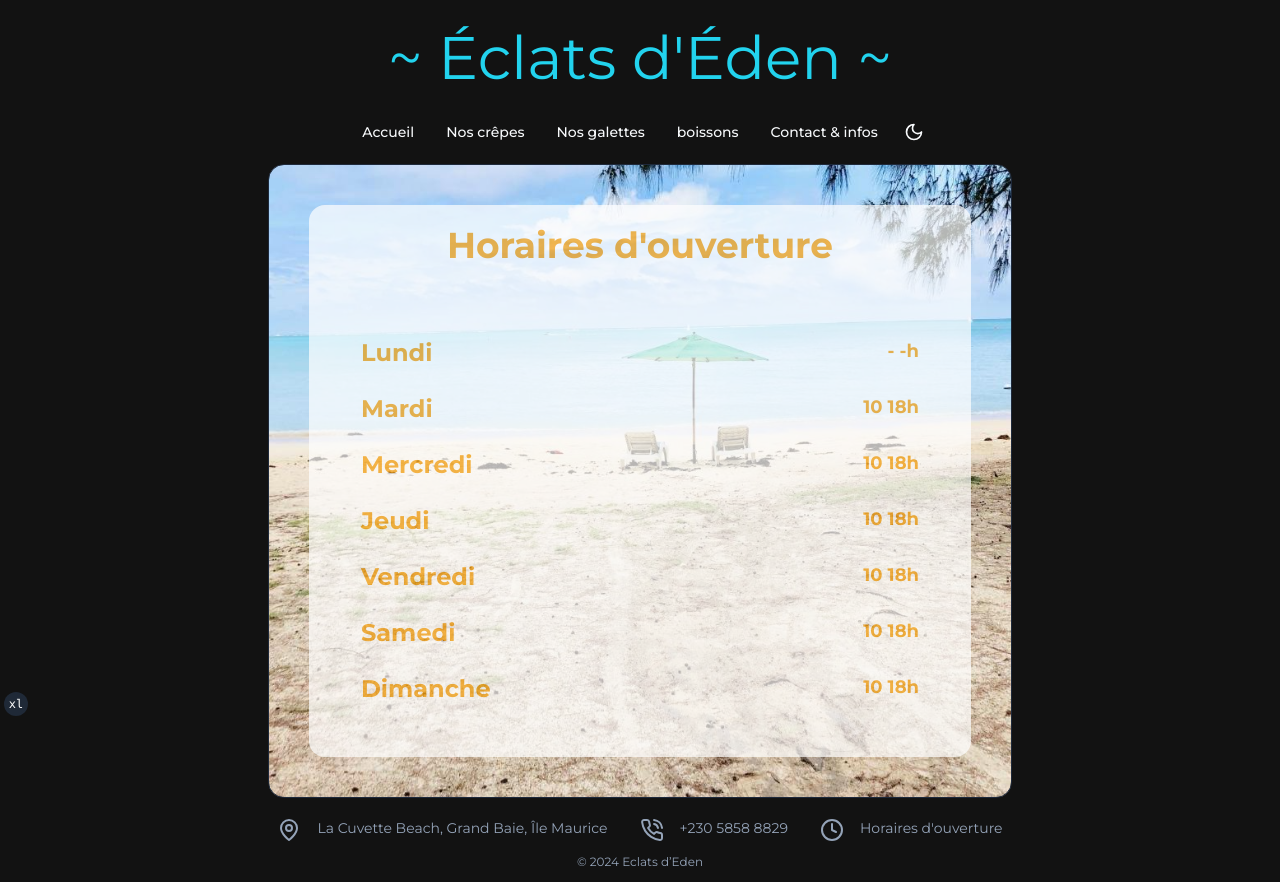
Repository: jeffMauritius/eclats-deden
Page: /schedule
The author's editor kept a copy of each file at every save. The page is drawn from the files as they stood at one save, then again after the next save.
The browser window is 1280 px wide. The pictures show the whole page.
The project was rebuilt for these pictures with package versions that can differ from the ones it lists, and the page was loaded fresh each time. The framework's server and built-in components were replaced by stand-ins that run in the browser. Also part of the build but not shown: next.config.mjs.

Above is the page before, as saved 2024-09-22 21:39:12.

### app/layout.tsx
// app/layout.
import { Header } from "@/components/layout/Header"
import { TailwindIndicator } from "@/components/TailwindIndicator"
import { SiteConfig } from "@/lib/config"
import { Montserrat } from "next/font/google"
import { cn } from "@/lib/utils"
import type { Metadata } from "next"
import { PropsWithChildren } from "react"
import { Providers } from "./Providers"
import "./globals.css"
import { Title } from "@/components/layout/Title"
import { Footer } from "@/components/layout/Footer"

const montserratFont = Montserrat({
  weight: ["300", "400", "500", "700"],
  subsets: ["latin"],
  display: "swap",
  fallback: ["Arial", "sans-serif"],
})

export const metadata: Metadata = {
  title: SiteConfig.title,
  description: SiteConfig.description,
}

export default function RootLayout({ children }: PropsWithChildren) {
  return (
    <html
      lang="en"
      className={`${montserratFont.className} h-full`}
      suppressHydrationWarning
    >
      <head />

      <body
        className={cn(`flex flex-col h-screen bg-background antialiased p-5`)}
      >
        <Providers>
          <div className="relative flex flex-col">
            <Title title="Éclats d'Éden" />
            <div>
              <Header />
            </div>
            {children}
            <div className="mt-5 md:col-span-3">
              <Footer />
            </div>
          </div>
          <TailwindIndicator />
        </Providers>
      </body>
    </html>
  )
}

### app/schedule/page.tsx
import NavigationMenuMobileComponent from "@/components/layout/NavigationMenuMobile"
import ScheduleComponent from "@/components/scheduleComponent"

const SchedulePage = () => {
  return (
    <div>
      <NavigationMenuMobileComponent />
      <div className="flex justify-center">
        <div className="m-auto  rounded-2xl border bg-[url('/plage3.jpg')] bg-cover md:w-3/5 ">
          <div className="m-10 h-full rounded-2xl  bg-white opacity-70 ">
            <h1 className="p-5 text-center font-display text-4xl font-bold text-amber-500">
              {"Horaires d'ouverture"}
            </h1>
            <ScheduleComponent />
          </div>
        </div>
      </div>
    </div>
  )
}

export default SchedulePage

### src/components/layout/Header.tsx
"use client"

import { ThemeToggle } from "../ThemeToggle"
import NavigationMenuComponent from "./NavigationMenu"

export function Header() {
  return (
    <header className=" z-30 w-full">
      <div className=" container flex  flex-col  items-center space-x-4 pt-3 sm:justify-between sm:space-x-0">
        <div className="flex flex-auto justify-center py-3">
          <NavigationMenuComponent />
          <ThemeToggle />
        </div>
      </div>
    </header>
  )
}

### src/lib/config.ts
export const SiteConfig = {
  title: "Camille snack",
  description: "La Cuvette Beach, Grand Baie, Île Maurice",
} as const

### app/Providers.tsx
"use client"

import { SessionProvider } from "next-auth/react"
import { ThemeProvider } from "next-themes"
import { PropsWithChildren } from "react"
import { Toaster } from "react-hot-toast"

export const Providers = ({ children }: PropsWithChildren) => {
  return (
    <>
      <ThemeProvider attribute="class" defaultTheme="dark" enableSystem>
        <Toaster />
        <SessionProvider>{children}</SessionProvider>
      </ThemeProvider>
    </>
  )
}

### app/globals.css

@tailwind base;
  @tailwind components;
  @tailwind utilities;

  @layer base {
    :root {
      --background: 0 0% 100%;
      --foreground: 222.2 84% 4.9%;

      --card: 0 0% 100%;
      --card-foreground: 222.2 84% 4.9%;

      --popover: 0 0% 100%;
      --popover-foreground: 222.2 84% 4.9%;

      --primary: 222.2 47.4% 11.2%;
      --primary-foreground: 210 40% 98%;

      --secondary: 210 40% 96.1%;
      --secondary-foreground: 222.2 47.4% 11.2%;

      --muted: 210 40% 96.1%;
      --muted-foreground: 215.4 16.3% 46.9%;

      --accent: 210 40% 96.1%;
      --accent-foreground: 222.2 47.4% 11.2%;

      --destructive: 0 84.2% 60.2%;
      --destructive-foreground: 210 40% 98%;

      --border: 214.3 31.8% 91.4%;
      --input: 214.3 31.8% 91.4%;
      --ring: 222.2 84% 4.9%;

      --radius: 0.5rem;
    }

    .dark {
      --background: rgb(10, 11, 10);
      --foreground: 210 40% 98%;

      --card: rgb(10, 11, 10);
      --card-foreground: 210 40% 98%;

      --popover: 222.2 84% 4.9%;
      --popover-foreground: 210 40% 98%;

      --primary: 210 40% 98%;
      --primary-foreground: 222.2 47.4% 11.2%;

      --secondary: 217.2 32.6% 17.5%;
      --secondary-foreground: 210 40% 98%;

      --muted: 217.2 32.6% 17.5%;
      --muted-foreground: 215 20.2% 65.1%;

      --accent: 217.2 32.6% 17.5%;
      --accent-foreground: 210 40% 98%;

      --destructive: 0 62.8% 30.6%;
      --destructive-foreground: 210 40% 98%;

      --border: 217.2 32.6% 17.5%;
      --input: 217.2 32.6% 17.5%;
      --ring: 212.7 26.8% 83.9%;
    }
  }

  @layer base {
    * {
      @apply border-border;
    }
    body {
      @apply bg-background text-foreground;
    }
  }

### src/components/layout/Title.tsx
interface TitleProps {
  title: string
}

export function Title({ title }: TitleProps) {
  return (
    <div className="flex flex-auto justify-center ">
      <h1 className={`pt-2  text-4xl  text-cyan-400 md:text-6xl`}>
        {" "}
        {`~ ${title} ~`}
      </h1>
    </div>
  )
}

### src/components/layout/Footer.tsx
import Link from "next/link"
import { Typography } from "../ui/typography"
import { MapPin } from "lucide-react"
import { PhoneCall } from "lucide-react"
import { Clock } from "lucide-react"

export const Footer = () => {
  return (
    <footer className="w-6/8 z-40 border-card bg-background">
      <div className="m-auto w-full max-w-4xl px-2 ">
        <div className="flex w-full items-center justify-center">
          <div className="flex gap-8 text-sm text-muted-foreground">
            <Link className="flex hover:underline md:gap-4" href="/location">
              <MapPin />
              <p className="hidden md:block">
                La Cuvette Beach, Grand Baie, Île Maurice
              </p>
            </Link>
            <Link className="flex hover:underline md:gap-4" href="/legal/cgv">
              <PhoneCall />
              <p className="hidden md:block">+230 5858 8829</p>
            </Link>
            <Link className="flex hover:underline md:gap-4" href="/schedule">
              <Clock />
              <p className="hidden md:block">{`Horaires d'ouverture`}</p>
            </Link>
          </div>
        </div>
        <div className="flex w-full items-center justify-center py-3">
          <Typography variant="base" className="text-xs text-muted-foreground">
            &copy; {new Date().getFullYear()} Eclats d&rsquo;Eden
          </Typography>
        </div>
      </div>
    </footer>
  )
}

### src/components/layout/NavigationMenuMobile.tsx
"use client"

import {
  NavigationMenu,
  NavigationMenuLink,
  navigationMenuTriggerStyle,
} from "@/components/ui/navigation-menu"
import { navigationDataMobile } from "./navigationData"
import { useClientMediaQuery } from "@/lib/isMobileDevice"

const NavigationMenuMobileComponent = () => {
  const isMobile = useClientMediaQuery("(max-width: 600px)")
  return (
    <NavigationMenu>
      {isMobile &&
        navigationDataMobile.map((item, index) => (
          <NavigationMenuLink
            className={navigationMenuTriggerStyle()}
            key={index}
            href={item.link}
          >
            {item.title}
          </NavigationMenuLink>
        ))}
    </NavigationMenu>
  )
}

export default NavigationMenuMobileComponent

### src/components/scheduleComponent.tsx
import { ScheduleData } from "./data"

type Schedule = {
  id: number
  day: string
  start: string
  end: string
}

const ScheduleComponent = () => {
  return (
    <div>
      <div className="rounded p-5  font-extrabold text-amber-500 md:p-10">
        {ScheduleData.map((schedule: Schedule) => (
          <div
            key={schedule.id}
            className="font-display flex justify-between  p-3 text-2xl"
          >
            <div>{schedule.day}</div>
            <div className="font-body text-lg">
              {schedule.start} {schedule.end}h
            </div>
          </div>
        ))}
      </div>
    </div>
  )
}

export default ScheduleComponent

### src/components/ThemeToggle.tsx
"use client"

import { Button } from "@/components/ui/button"
import { Moon, Sun } from "lucide-react"
import { useTheme } from "next-themes"

export function ThemeToggle() {
  const { setTheme, theme } = useTheme()

  return (
    <Button
      variant="ghost"
      size="icon"
      onClick={() => setTheme(theme === "light" ? "dark" : "light")}
    >
      <Sun className="h-6 w-[1.3rem] dark:hidden" />
      <Moon className="hidden size-5 dark:block" />
      <span className="sr-only">Toggle theme</span>
    </Button>
  )
}

### src/components/layout/NavigationMenu.tsx
"use client"

import {
  NavigationMenu,
  NavigationMenuLink,
  navigationMenuTriggerStyle,
} from "@/components/ui/navigation-menu"
import { navigationData } from "./navigationData"
import { useClientMediaQuery } from "@/lib/isMobileDevice"

const NavigationMenuComponent = () => {
  const isMobile = useClientMediaQuery("(max-width: 600px)")
  return (
    <NavigationMenu>
      {!isMobile &&
        navigationData.map((item, index) => (
          <NavigationMenuLink
            className={navigationMenuTriggerStyle()}
            key={index}
            href={item.link}
          >
            {item.title}
          </NavigationMenuLink>
        ))}
    </NavigationMenu>
  )
}

export default NavigationMenuComponent

### src/components/ui/typography.tsx
// src/components/ui/Typography.
import { VariantProps, cva } from "class-variance-authority"
import type {
  ComponentPropsWithoutRef,
  ElementType,
  PropsWithChildren,
} from "react"
import { cn } from "../../lib/utils"

type PolymorphicAsProp<E extends ElementType> = {
  as?:
    | E
    | React.ComponentType<Omit<ComponentPropsWithoutRef<E>, "as">>
    | React.FunctionComponent<Omit<ComponentPropsWithoutRef<E>, "as">>
}

type PolymorphicProps<E extends ElementType> = PropsWithChildren<
  Omit<ComponentPropsWithoutRef<E>, "as"> & PolymorphicAsProp<E>
>

const typographyVariants = cva("", {
  variants: {
    variant: {
      h1: "font-caption scroll-m-20 text-4xl font-extrabold tracking-tight lg:text-5xl",
      h2: "font-caption scroll-m-20 border-b pb-2 text-3xl font-semibold tracking-tight transition-colors first:mt-0",
      h3: "font-caption scroll-m-20 text-xl font-semibold tracking-tight",
      p: "leading-7 [&:not(:first-child)]:mt-6",
      base: "",
      quote: "mt-6 border-l-2 pl-6 italic",
      code: "relative rounded bg-muted px-[0.3rem] py-[0.2rem] font-mono text-sm font-semibold",
      lead: "text-xl text-muted-foreground",
      large: "text-lg font-semibold",
      small: "text-sm font-medium leading-none",
      muted: "text-sm text-muted-foreground",
      link: "font-medium text-indigo-500 hover:underline",
    },
  },
  defaultVariants: {
    variant: "base",
  },
})
type TypographyCvaProps = VariantProps<typeof typographyVariants>

const defaultElement = "p"

const defaultElementMapping: Record<
  NonNullable<TypographyCvaProps["variant"]>,
  ElementType
> = {
  h1: "h1",
  h2: "h2",
  h3: "h3",
  p: "p",
  quote: "blockquote" as "p",
  code: "code",
  lead: "p",
  large: "p",
  small: "p",
  muted: "p",
  link: "a",
  base: "p",
} as const

const getDefaultElement = (variant: TypographyCvaProps["variant"]) => {}

export function Typography<E extends ElementType = typeof defaultElement>({
  as,
  children,
  className,
  variant,
  ...restProps
}: PolymorphicProps<E> & TypographyCvaProps) {
  const Component: ElementType =
    as ?? defaultElementMapping[variant ?? "base"] ?? defaultElement

  return (
    <Component
      {...(restProps as ComponentPropsWithoutRef<E>)}
      className={cn(typographyVariants({ variant }), className)}
    >
      {children}
    </Component>
  )
}

### src/components/ui/navigation-menu.tsx
import * as React from "react"
import * as NavigationMenuPrimitive from "@radix-ui/react-navigation-menu"
import { cva } from "class-variance-authority"
import { ChevronDown } from "lucide-react"

import { cn } from "@/lib/utils"

const NavigationMenu = React.forwardRef<
  React.ElementRef<typeof NavigationMenuPrimitive.Root>,
  React.ComponentPropsWithoutRef<typeof NavigationMenuPrimitive.Root>
>(({ className, children, ...props }, ref) => (
  <NavigationMenuPrimitive.Root
    ref={ref}
    className={cn(
      "relative z-10 flex max-w-max flex-1 items-center justify-center",
      className,
    )}
    {...props}
  >
    {children}
    <NavigationMenuViewport />
  </NavigationMenuPrimitive.Root>
))
NavigationMenu.displayName = NavigationMenuPrimitive.Root.displayName

const NavigationMenuList = React.forwardRef<
  React.ElementRef<typeof NavigationMenuPrimitive.List>,
  React.ComponentPropsWithoutRef<typeof NavigationMenuPrimitive.List>
>(({ className, ...props }, ref) => (
  <NavigationMenuPrimitive.List
    ref={ref}
    className={cn(
      "group flex flex-1 list-none items-center justify-center space-x-1",
      className,
    )}
    {...props}
  />
))
NavigationMenuList.displayName = NavigationMenuPrimitive.List.displayName

const NavigationMenuItem = NavigationMenuPrimitive.Item

const navigationMenuTriggerStyle = cva(
  "group inline-flex h-10 w-max items-center justify-center rounded-md bg-background px-4 py-2 text-sm font-medium transition-colors hover:bg-accent hover:text-accent-foreground focus:bg-accent focus:text-accent-foreground focus:outline-none disabled:pointer-events-none disabled:opacity-50 data-[active]:bg-accent/50 data-[state=open]:bg-accent/50",
)

const NavigationMenuTrigger = React.forwardRef<
  React.ElementRef<typeof NavigationMenuPrimitive.Trigger>,
  React.ComponentPropsWithoutRef<typeof NavigationMenuPrimitive.Trigger>
>(({ className, children, ...props }, ref) => (
  <NavigationMenuPrimitive.Trigger
    ref={ref}
    className={cn(navigationMenuTriggerStyle(), "group", className)}
    {...props}
  >
    {children}{" "}
    <ChevronDown
      className="relative top-px ml-1 size-3 transition duration-200 group-data-[state=open]:rotate-180"
      aria-hidden="true"
    />
  </NavigationMenuPrimitive.Trigger>
))
NavigationMenuTrigger.displayName = NavigationMenuPrimitive.Trigger.displayName

const NavigationMenuContent = React.forwardRef<
  React.ElementRef<typeof NavigationMenuPrimitive.Content>,
  React.ComponentPropsWithoutRef<typeof NavigationMenuPrimitive.Content>
>(({ className, ...props }, ref) => (
  <NavigationMenuPrimitive.Content
    ref={ref}
    className={cn(
      "left-0 top-0 w-full data-[motion^=from-]:animate-in data-[motion^=to-]:animate-out data-[motion^=from-]:fade-in data-[motion^=to-]:fade-out data-[motion=from-end]:slide-in-from-right-52 data-[motion=from-start]:slide-in-from-left-52 data-[motion=to-end]:slide-out-to-right-52 data-[motion=to-start]:slide-out-to-left-52 md:absolute md:w-auto ",
      className,
    )}
    {...props}
  />
))
NavigationMenuContent.displayName = NavigationMenuPrimitive.Content.displayName

const NavigationMenuLink = NavigationMenuPrimitive.Link

const NavigationMenuViewport = React.forwardRef<
  React.ElementRef<typeof NavigationMenuPrimitive.Viewport>,
  React.ComponentPropsWithoutRef<typeof NavigationMenuPrimitive.Viewport>
>(({ className, ...props }, ref) => (
  <div className={cn("absolute left-0 top-full flex justify-center")}>
    <NavigationMenuPrimitive.Viewport
      className={cn(
        "origin-top-center relative mt-1.5 h-[var(--radix-navigation-menu-viewport-height)] w-full overflow-hidden rounded-md border bg-popover text-popover-foreground shadow-lg data-[state=open]:animate-in data-[state=closed]:animate-out data-[state=closed]:zoom-out-95 data-[state=open]:zoom-in-90 md:w-[var(--radix-navigation-menu-viewport-width)]",
        className,
      )}
      ref={ref}
      {...props}
    />
  </div>
))
NavigationMenuViewport.displayName =
  NavigationMenuPrimitive.Viewport.displayName

const NavigationMenuIndicator = React.forwardRef<
  React.ElementRef<typeof NavigationMenuPrimitive.Indicator>,
  React.ComponentPropsWithoutRef<typeof NavigationMenuPrimitive.Indicator>
>(({ className, ...props }, ref) => (
  <NavigationMenuPrimitive.Indicator
    ref={ref}
    className={cn(
      "top-full z-[1] flex h-1.5 items-end justify-center overflow-hidden data-[state=visible]:animate-in data-[state=hidden]:animate-out data-[state=hidden]:fade-out data-[state=visible]:fade-in",
      className,
    )}
    {...props}
  >
    <div className="relative top-[60%] size-2 rotate-45 rounded-tl-sm bg-border shadow-md" />
  </NavigationMenuPrimitive.Indicator>
))
NavigationMenuIndicator.displayName =
  NavigationMenuPrimitive.Indicator.displayName

export {
  navigationMenuTriggerStyle,
  NavigationMenu,
  NavigationMenuList,
  NavigationMenuItem,
  NavigationMenuContent,
  NavigationMenuTrigger,
  NavigationMenuLink,
  NavigationMenuIndicator,
  NavigationMenuViewport,
}

### src/components/layout/navigationData.ts
export const navigationData = [
    {
        title: "Accueil",
        link: "/",
    },
    {
        title: "Nos crêpes",
        link: "/crepes",
    },
    {
        title: "Nos galettes",
        link: "/galettes",
    },
    /*
    {
        title: "Snack",
        link: "/snack",
    },
    */
    {
        title: "boissons",
        link: "/boissons",
    },
    {
        title: "Contact & infos",
        link: "/location",
    },

]

export const navigationDataMobile = [
    {
        title: "Accueil",
        link: "/",
    },
    {
        title: "Horaires",
        link: "/schedule",
    },
    {
        title: "infos",
        link: "/location",
    },

]

### src/lib/isMobileDevice.ts
'use client'

import { useEffect, useState } from 'react'

export function useClientMediaQuery(query: string) {
  const [matches, setMatches] = useState(false)

  useEffect(() => {
    const mediaQueryList = window.matchMedia(query)

    const handleMatchChange = (e: MediaQueryListEvent) => {
      setMatches(e.matches)
    }

    mediaQueryList.addEventListener('change', handleMatchChange)
    setMatches(mediaQueryList.matches)

    return () => {
      mediaQueryList.removeEventListener('change', handleMatchChange)
    }
  }, [query])

  return matches
}

### src/components/data.js
export const ScheduleData = [
    {
        id: 1,
        day: "Lundi",
        start: "-",
        end:"-" ,
    },
    {
        id: 2,
        day: "Mardi",
        start: 10,
        end: 18,
    },
    {
        id: 3,
        day: "Mercredi",
        start: 10,
        end: 18,
    },
    {
        id: 4,
        day: "Jeudi",
        start: 10,
        end: 18,
    },
    {
        id: 5,
        day: "Vendredi",
        start: 10,
        end: 18,
    },
    {
        id: 6,
        day: "Samedi",
        start: 10,
        end: 18,
    },
    {
        id: 7,
        day: "Dimanche",
        start: 10,
        end: 18,
    },
    ];

### src/components/ui/button.tsx
import * as React from "react"
import { Slot } from "@radix-ui/react-slot"
import { cva, type VariantProps } from "class-variance-authority"

import { cn } from "@/lib/utils"

const buttonVariants = cva(
  "inline-flex items-center justify-center whitespace-nowrap rounded-md text-sm font-medium ring-offset-background transition-colors focus-visible:outline-none focus-visible:ring-2 focus-visible:ring-ring focus-visible:ring-offset-2 disabled:pointer-events-none disabled:opacity-50",
  {
    variants: {
      variant: {
        default: "bg-primary text-primary-foreground hover:bg-primary/90",
        destructive:
          "bg-destructive text-destructive-foreground hover:bg-destructive/90",
        outline:
          "border border-input bg-background hover:bg-accent hover:text-accent-foreground",
        secondary:
          "bg-secondary text-secondary-foreground hover:bg-secondary/80",
        ghost: "hover:bg-accent hover:text-accent-foreground",
        link: "text-primary underline-offset-4 hover:underline",
      },
      size: {
        default: "h-10 px-4 py-2",
        sm: "h-9 rounded-md px-3",
        lg: "h-11 rounded-md px-8",
        icon: "size-10",
      },
    },
    defaultVariants: {
      variant: "default",
      size: "default",
    },
  },
)

export interface ButtonProps
  extends React.ButtonHTMLAttributes<HTMLButtonElement>,
    VariantProps<typeof buttonVariants> {
  asChild?: boolean
}

const Button = React.forwardRef<HTMLButtonElement, ButtonProps>(
  ({ className, variant, size, asChild = false, ...props }, ref) => {
    const Comp = asChild ? Slot : "button"
    return (
      <Comp
        className={cn(buttonVariants({ variant, size, className }))}
        ref={ref}
        {...props}
      />
    )
  },
)
Button.displayName = "Button"

export { Button, buttonVariants }

Loaded but not shown: src/components/TailwindIndicator.tsx (common file); src/lib/utils.ts (common file); tailwind.config.ts (common file)

After the next save:
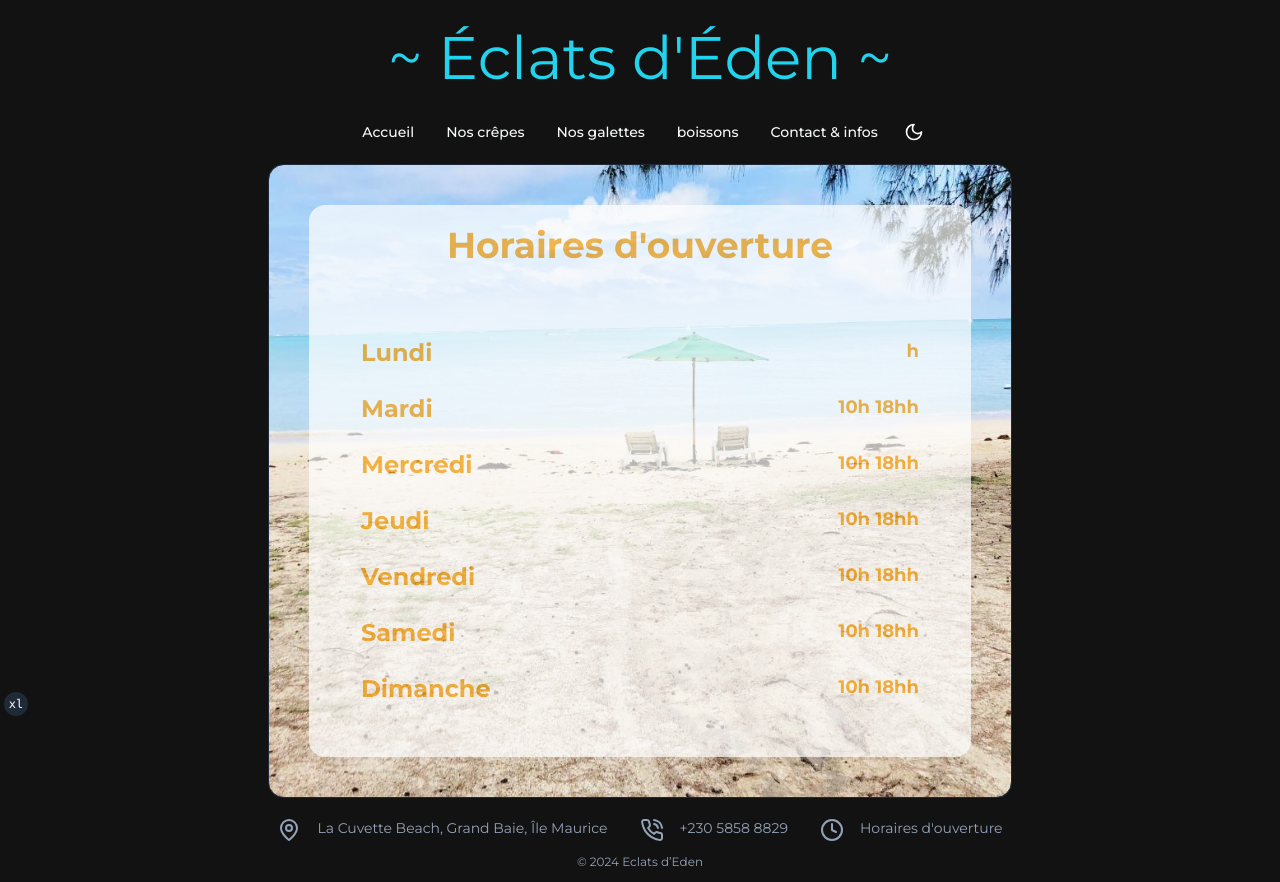
Saved 44 s later.
--- a/src/components/data.js
+++ b/src/components/data.js
@@ -2,43 +2,43 @@ export const ScheduleData = [
     {
         id: 1,
         day: "Lundi",
-        start: "-",
-        end:"-" ,
+        start: "",
+        end:"" ,
     },
     {
         id: 2,
         day: "Mardi",
-        start: 10,
-        end: 18,
+        start: "10h",
+        end: "18h",
     },
     {
         id: 3,
         day: "Mercredi",
-        start: 10,
-        end: 18,
+        start: "10h",
+        end: "18h",
     },
     {
         id: 4,
         day: "Jeudi",
-        start: 10,
-        end: 18,
+        start: "10h",
+        end: "18h",
     },
     {
         id: 5,
         day: "Vendredi",
-        start: 10,
-        end: 18,
+        start: "10h",
+        end: "18h",
     },
     {
         id: 6,
         day: "Samedi",
-        start: 10,
-        end: 18,
+        start: "10h",
+        end: "18h",
     },
     {
         id: 7,
         day: "Dimanche",
-        start: 10,
-        end: 18,
+        start: "10h",
+        end: "18h",
     },
     ];
